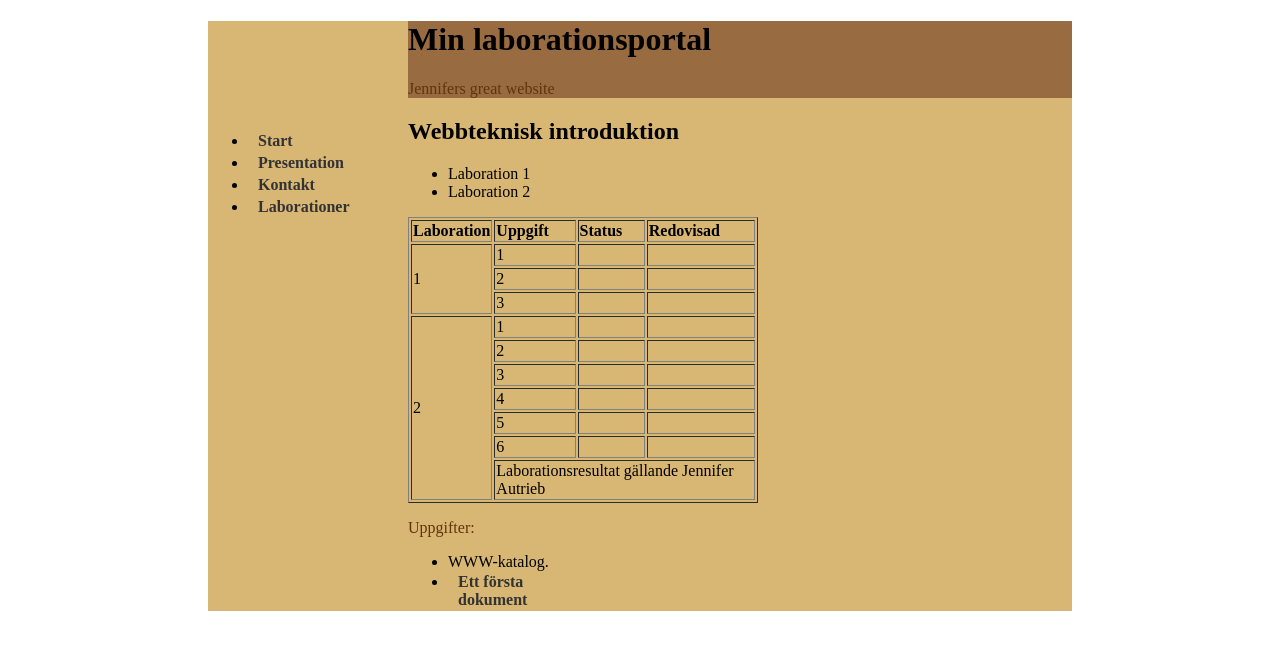
Repository: JeAut/1ik415-JeAut-laborationer
Page: WWW/pages/laborationer.html
The author's editor kept a record of every edit. The page is drawn from the files as they stood at one moment, then again after the next edit.
The browser window is 1280 px wide. The pictures show the whole page.

Above is the page before.

### WWW/pages/laborationer.html
<!DOCTYPE html>
<html>
    <head>
        <meta http-equiv="content-type" content="text/html; charset=utf-8" />
        <title>Laborationer</title>

        <link rel="stylesheet" href="../../css/style.css"/>
    </head>
    <body>
        <div id="body">
        <div id="header"><h1>Min laborationsportal</h1>
        <p>Jennifers great website</p>
        </div>

        <ul>
            <div id="navigation">
            <div id="menyli">
            <div id="menylia">
            <p><li><a href="../../index.html"> Start</a></li>
            <li><a href="Presentation.html"> Presentation</a></li>
            <li><a href="kontakt.html"> Kontakt</a></li>
            <li><a href="laborationer.html"> Laborationer</a></li></p>
            </div>
            </div>
            </div>
        </ul>
        <div id="container"><h2>Webbteknisk introduktion</h2>

        <ul>
            <li>Laboration 1</li>
            <li>Laboration 2</li>
        </ul>

        <table width="350" border="1">
        <tr>
        <td><b>Laboration</b></td>
        <td><b>Uppgift</b></td>
        <td><b>Status</b></td>
        <td><b>Redovisad</b></td>
        </tr>
        <tr>
            <td rowspan="3">1</td>
            <td>1</td>
            <td></td>
            <td></td>
        </tr>
        <tr>
            <td>2</td>
            <td></td>
            <td></td>
        </tr>
        <tr>
            <td>3</td>
            <td></td>
            <td></td>
        </tr>
        <tr>
            <td rowspan="9">2</td>
            <td>1</td>
            <td></td>
            <td></td>
        </tr>
        <tr>
            <td>2</td>
            <td></td>
            <td></td>
        </tr>
        <tr>
            <td>3</td>
            <td></td>
            <td></td>
        </tr>
        <tr>
            <td>4</td>
            <td></td>
            <td></td>
        </tr>
        <tr>
            <td>5</td>
            <td></td>
            <td></td>
        </tr>
        <tr>
            <td>6</td>
            <td></td>
            <td></td>
        </tr>
        <td colspan="4">Laborationsresultat gällande Jennifer Autrieb</td>
        </table>

        <p>Uppgifter:</p>

        <ul>
        <li>WWW-katalog.</li>
        <li><a href="Presentation.html#doc"> Ett första dokument</a></li>
        </ul>
        </div>
        </div>
    </body>
</html>

### css/style.css
/*Layout*/

#navigation {display:block; float:left; ;
}

#container {display:block; background-color:#D8B774; margin-left:200px;
}

#header {display:block; margin-left:200px; background-color:#986C40;
}

#body {margin-right:200px; margin-left:200px; background-color:#D8B774;
}

p {color:#5F350B;}

/*Listelement <li> meny*/

#bc {
    background-color:#D8B774;
}

#ulsidemenu {
    padding:0px;
    margin:0px;
    list-style:none;
    font-family:Verdana, Arial, Helvetica, sans-serif;
    border-bottom:1px solid #6F3E04;
    width:150px;
    background-color:#F6DEA5;
}

#ulsidemenu2 {
    border-top:1px solid #6F3E04;
    border-left:1px solid #6F3E04;
    border-right:1px solid #6F3E04;
}

a {
    text-decoration:none;
    display:block;
    width:130px;
    color:#333333;
    font-weight:bold;
    padding:2px 10px;
}
a:hover {
    background-color:#B9BB79;
    color:#EEEEDC;
}

After the next edit:
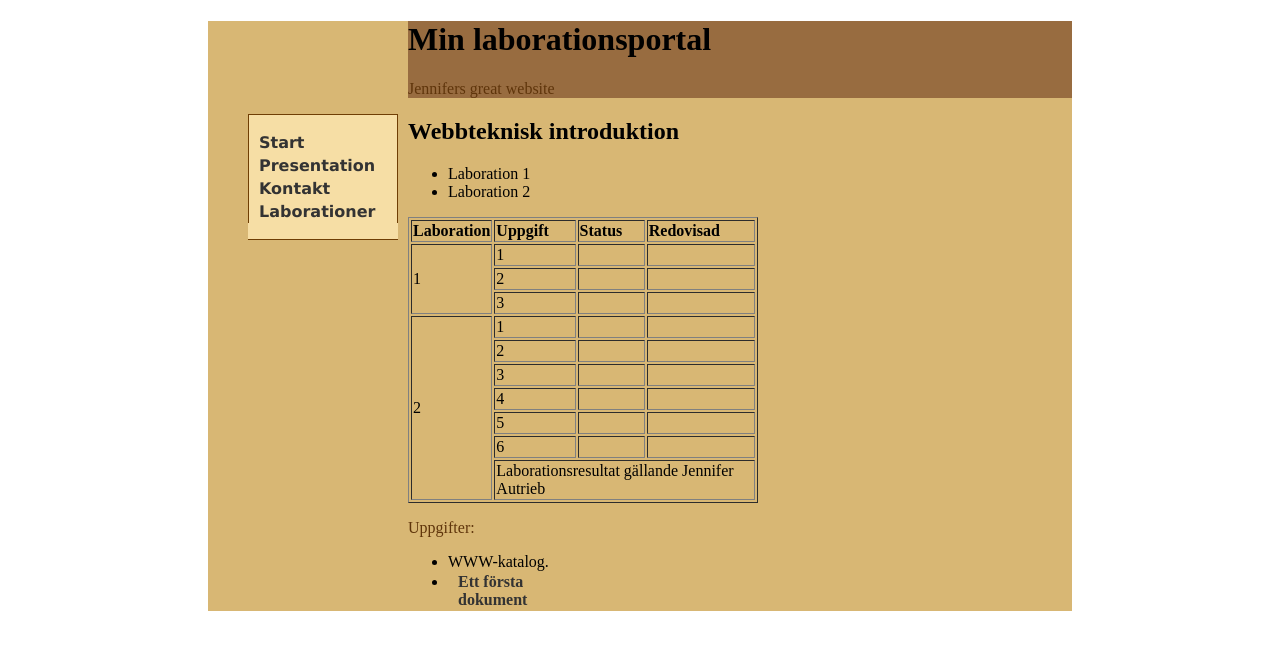
The edit:
--- a/WWW/pages/laborationer.html
+++ b/WWW/pages/laborationer.html
@@ -14,8 +14,9 @@
 
         <ul>
             <div id="navigation">
-            <div id="menyli">
-            <div id="menylia">
+            <div id="bc">
+            <div id="ulsidemenu">
+            <div id="ulsidemenu2">
             <p><li><a href="../../index.html"> Start</a></li>
             <li><a href="Presentation.html"> Presentation</a></li>
             <li><a href="kontakt.html"> Kontakt</a></li>
